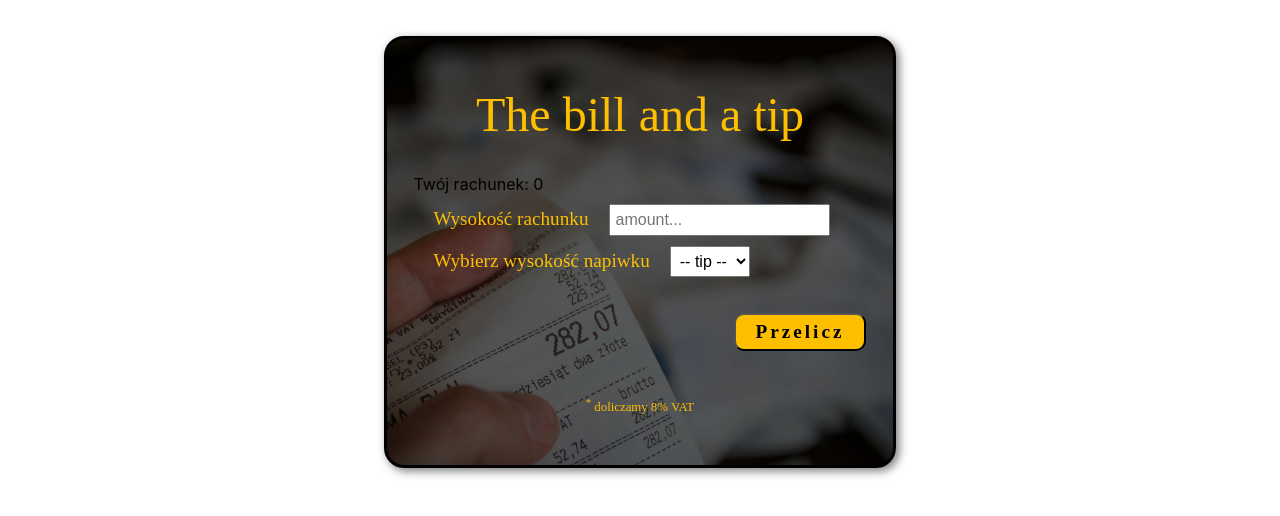
Repository: KrzysKolo/sr_tydzien4_zad1
Page: /
The author's editor kept a copy of each file at every save. The page is drawn from the files as they stood at one save, then again after the next save.
The browser window is 1280 px wide. The pictures show the whole page.
Some web fonts or font styles are not loaded; a fallback is used. The project was rebuilt for these pictures with package versions that can differ from the ones it lists, and the page was loaded fresh each time.

Above is the page before, as saved 2020-11-06 13:05:13.

After the next save:
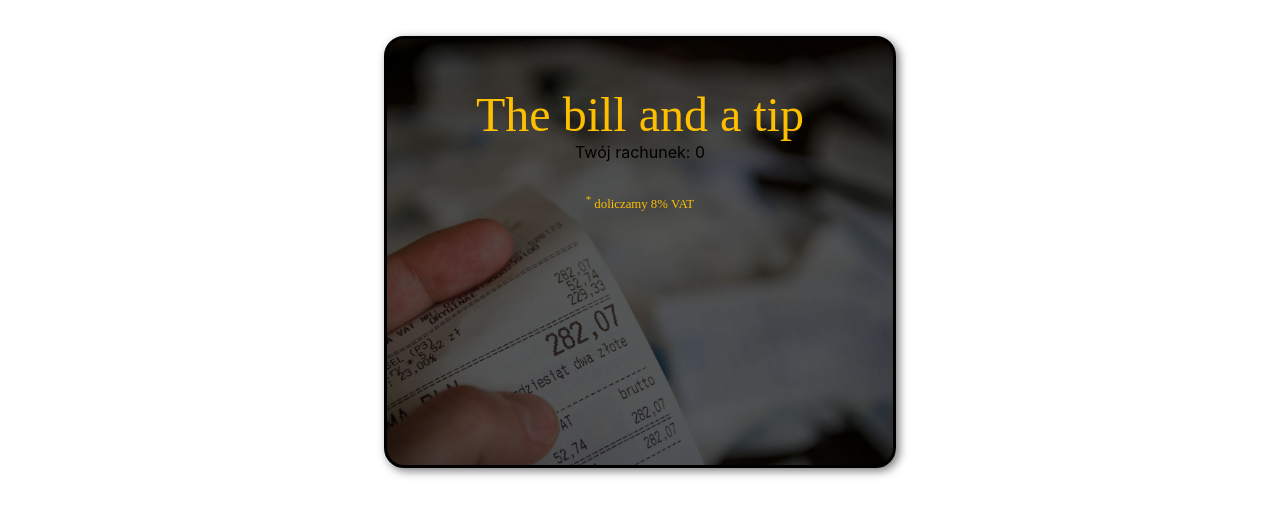
Saved 4 min 27 s later.
--- a/src/components/SectionCard.js
+++ b/src/components/SectionCard.js
@@ -34,9 +34,9 @@ class SectionCard extends Component {
      }
 
     render() {
-        return (
+        return  this.state.show ? (
             <section className="billCard__section">
-                <p>Twój rachunek: {this.state.results}</p>
+
                 <form>
                     <label className="label__BillCard" htmlFor="form__input-amount">Wysokość rachunku</label>
                     <input className="form__items"
@@ -61,7 +61,7 @@ class SectionCard extends Component {
                     <button className="btn__BillCard" type="submit" onClick={this.handleConvert}>Przelicz</button>
                 </form>
             </section>
-         );
+         ) :  <p>Twój rachunek: {this.state.results}</p> ;
     }
 }
 
